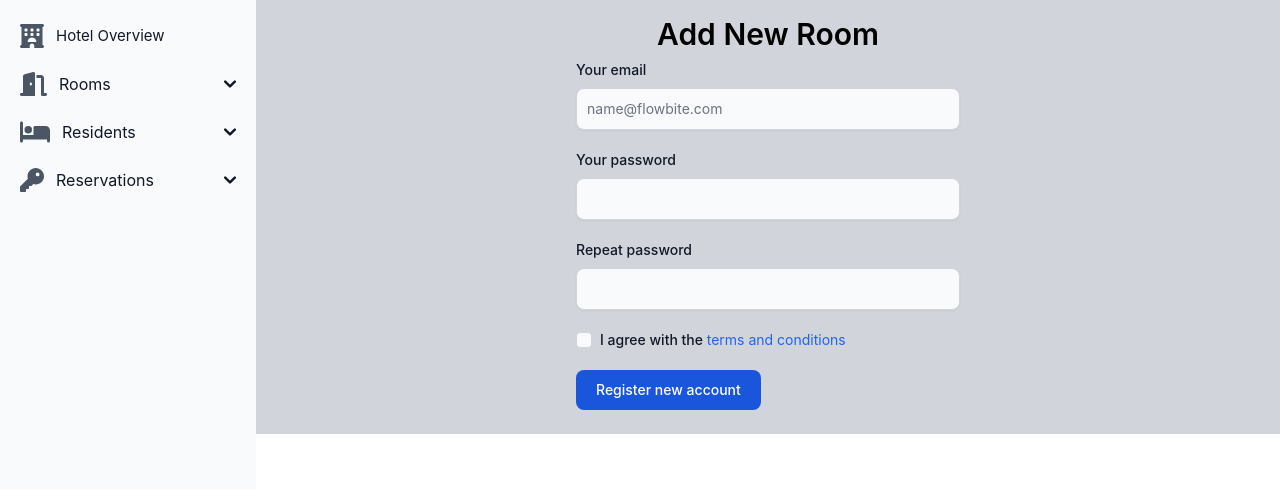
Repository: aggepap/hotelReservationsProj
Page: /rooms/add (app in admin-panel/)
An editor plug-in stored every save of this project. The page is shown before and after the next save, followed by the edit.
The browser window is 1280 px wide. The pictures show the whole page.
The project was rebuilt for these pictures with package versions that can differ from the ones it lists, and the page was loaded fresh each time. Also part of the build but not shown: admin-panel/vite.config.ts, admin-panel/src/views/HomeView.vue.

Above is the page before, as saved 2025-01-19 15:52:10.

### admin-panel/index.html
<!DOCTYPE html>
<html lang="">
  <head>
    <meta charset="UTF-8" />
    <link rel="icon" href="/favicon.ico" />
    <meta name="viewport" content="width=device-width, initial-scale=1.0" />
    <title>Vite App</title>
  </head>
  <body>
    <div id="app"></div>
    <script type="module" src="/src/main.ts"></script>
  </body>
</html>

### admin-panel/src/main.ts
import "./assets/main.css";
import "primeicons/primeicons.css";
import "flowbite";

import { createApp } from "vue";
import App from "./App.vue";
import router from "./router";

const app = createApp(App);

app.use(router);

app.mount("#app");

### admin-panel/src/assets/main.css
@import "./base.css";
@tailwind base;
@tailwind components;
@tailwind utilities;

### admin-panel/src/App.vue
<script setup lang="ts">
import { RouterLink, RouterView } from "vue-router";
import { FontAwesomeIcon } from "@fortawesome/vue-fontawesome";
import { faDoorOpen } from "@fortawesome/free-solid-svg-icons";
import { faHotel } from "@fortawesome/free-solid-svg-icons";
import { faBed } from "@fortawesome/free-solid-svg-icons";
import { faKey } from "@fortawesome/free-solid-svg-icons";
</script>

<template>
  <button
    data-drawer-target="sidebar-multi-level-sidebar"
    data-drawer-toggle="sidebar-multi-level-sidebar"
    aria-controls="sidebar-multi-level-sidebar"
    type="button"
    class="inline-flex items-center p-2 mt-2 ms-3 text-sm text-gray-500 rounded-lg sm:hidden hover:bg-gray-100 focus:outline-none focus:ring-2 focus:ring-gray-200 dark:text-gray-400 dark:hover:bg-gray-700 dark:focus:ring-gray-600"
  >
    <span class="sr-only">Open sidebar</span>
    <svg
      class="w-6 h-6"
      aria-hidden="true"
      fill="currentColor"
      viewBox="0 0 20 20"
      xmlns="http://www.w3.org/2000/svg"
    >
      <path
        clip-rule="evenodd"
        fill-rule="evenodd"
        d="M2 4.75A.75.75 0 012.75 4h14.5a.75.75 0 010 1.5H2.75A.75.75 0 012 4.75zm0 10.5a.75.75 0 01.75-.75h7.5a.75.75 0 010 1.5h-7.5a.75.75 0 01-.75-.75zM2 10a.75.75 0 01.75-.75h14.5a.75.75 0 010 1.5H2.75A.75.75 0 012 10z"
      ></path>
    </svg>
  </button>
  <section class="flex flex-row justify-between items-center">
    <aside
      id="sidebar-multi-level-sidebar"
      class="fixed top-0 left-0 z-40 w-64 h-screen transition-transform -translate-x-full sm:translate-x-0"
      aria-label="Sidebar"
    >
      <div class="h-full px-3 py-4 overflow-y-auto bg-gray-50 dark:bg-gray-800">
        <ul class="space-y-2 font-medium">
          <li>
            <a
              href="#"
              class="flex items-center p-2 text-gray-900 rounded-lg dark:text-white hover:bg-gray-100 dark:hover:bg-gray-700 group"
            >
              <FontAwesomeIcon class="text-gray-600 text-2xl" :icon="faHotel" />
              <span class="ms-3">Hotel Overview</span>
            </a>
          </li>
          <li>
            <button
              type="button"
              class="flex items-center w-full p-2 text-base text-gray-900 transition duration-75 rounded-lg group hover:bg-gray-100 dark:text-white dark:hover:bg-gray-700"
              aria-controls="dropdown-rooms"
              data-collapse-toggle="dropdown-rooms"
            >
              <FontAwesomeIcon
                class="text-gray-600 text-2xl"
                :icon="faDoorOpen"
              />

              <span
                class="flex-1 ms-3 text-left rtl:text-right whitespace-nowrap"
                >Rooms</span
              >
              <svg
                class="w-3 h-3"
                aria-hidden="true"
                xmlns="http://www.w3.org/2000/svg"
                fill="none"
                viewBox="0 0 10 6"
              >
                <path
                  stroke="currentColor"
                  stroke-linecap="round"
                  stroke-linejoin="round"
                  stroke-width="2"
                  d="m1 1 4 4 4-4"
                />
              </svg>
            </button>
            <ul id="dropdown-rooms" class="hidden py-2 space-y-2">
              <li>
                <RouterLink
                  to="/rooms/add"
                  class="flex justify-start gap-2 items-start w-full p-2 text-gray-900 transition duration-75 rounded-lg pl-11 group hover:bg-gray-100 dark:text-white dark:hover:bg-gray-700"
                >
                  <i class="pi pi-plus pt-1"></i> Add new Room</RouterLink
                >
              </li>
            </ul>
          </li>
          <li>
            <button
              type="button"
              class="flex items-center w-full p-2 text-base text-gray-900 transition duration-75 rounded-lg group hover:bg-gray-100 dark:text-white dark:hover:bg-gray-700"
              aria-controls="dropdown-residents"
              data-collapse-toggle="dropdown-residents"
            >
              <FontAwesomeIcon class="text-gray-600 text-2xl" :icon="faBed" />

              <span
                class="flex-1 ms-3 text-left rtl:text-right whitespace-nowrap"
                >Residents</span
              >
              <svg
                class="w-3 h-3"
                aria-hidden="true"
                xmlns="http://www.w3.org/2000/svg"
                fill="none"
                viewBox="0 0 10 6"
              >
                <path
                  stroke="currentColor"
                  stroke-linecap="round"
                  stroke-linejoin="round"
                  stroke-width="2"
                  d="m1 1 4 4 4-4"
                />
              </svg>
            </button>
            <ul id="dropdown-residents" class="hidden py-2 space-y-2">
              <li>
                <a
                  href="#"
                  class="flex justify-start gap-2 items-start w-full p-2 text-gray-900 transition duration-75 rounded-lg pl-11 group hover:bg-gray-100 dark:text-white dark:hover:bg-gray-700"
                >
                  <i class="pi pi-plus pt-1"></i> Add a Resident</a
                >
              </li>
            </ul>
          </li>
          <li>
            <button
              type="button"
              class="flex items-center w-full p-2 text-base text-gray-900 transition duration-75 rounded-lg group hover:bg-gray-100 dark:text-white dark:hover:bg-gray-700"
              aria-controls="dropdown-reservations"
              data-collapse-toggle="dropdown-reservations"
            >
              <FontAwesomeIcon class="text-gray-600 text-2xl" :icon="faKey" />

              <span
                class="flex-1 ms-3 text-left rtl:text-right whitespace-nowrap"
                >Reservations</span
              >
              <svg
                class="w-3 h-3"
                aria-hidden="true"
                xmlns="http://www.w3.org/2000/svg"
                fill="none"
                viewBox="0 0 10 6"
              >
                <path
                  stroke="currentColor"
                  stroke-linecap="round"
                  stroke-linejoin="round"
                  stroke-width="2"
                  d="m1 1 4 4 4-4"
                />
              </svg>
            </button>
            <ul id="dropdown-reservations" class="hidden py-2 space-y-2">
              <li>
                <a
                  href="#"
                  class="flex justify-start gap-2 items-start w-full p-2 text-gray-900 transition duration-75 rounded-lg pl-11 group hover:bg-gray-100 dark:text-white dark:hover:bg-gray-700"
                >
                  <i class="pi pi-plus pt-1"></i> Add a Reservation</a
                >
              </li>
            </ul>
          </li>
        </ul>
      </div>
    </aside>

    <main class="flex items-start h-screen w-full pl-64">
      <div class="mx-auto w-full md:p-6 bg-gray-300 pt-12">
        <RouterView />
      </div>
    </main>
  </section>
</template>

### admin-panel/src/router/index.ts
import { createRouter, createWebHistory } from "vue-router";
import HomeView from "../views/HomeView.vue";
import AddRoomView from "@/views/roomviews/AddRoomView.vue";

const router = createRouter({
  history: createWebHistory(import.meta.env.BASE_URL),
  routes: [
    {
      path: "/",
      name: "home",
      component: HomeView,
    },
    {
      path: "/rooms/add",
      name: "addRoom",
      component: AddRoomView,
    },
    {
      path: "/about",
      name: "about",
      // route level code-splitting
      // this generates a separate chunk (About.[hash].js) for this route
      // which is lazy-loaded when the route is visited.
      component: () => import("../views/AboutView.vue"),
    },
  ],
});

export default router;

### admin-panel/src/views/roomviews/AddRoomView.vue
<script setup></script>

<template>
  <h2 class="text-black text-3xl text-center leading-5 font-semibold mb-4">
    Add New Room
  </h2>
  <form class="max-w-sm mx-auto">
    <div class="mb-5">
      <label
        for="email"
        class="block mb-2 text-sm font-medium text-gray-900 dark:text-white"
        >Your email</label
      >
      <input
        type="email"
        id="email"
        class="shadow-sm bg-gray-50 border border-gray-300 text-gray-900 text-sm rounded-lg focus:ring-blue-500 focus:border-blue-500 block w-full p-2.5 dark:bg-gray-700 dark:border-gray-600 dark:placeholder-gray-400 dark:text-white dark:focus:ring-blue-500 dark:focus:border-blue-500 dark:shadow-sm-light"
        placeholder="name@flowbite.com"
        required
      />
    </div>
    <div class="mb-5">
      <label
        for="password"
        class="block mb-2 text-sm font-medium text-gray-900 dark:text-white"
        >Your password</label
      >
      <input
        type="password"
        id="password"
        class="shadow-sm bg-gray-50 border border-gray-300 text-gray-900 text-sm rounded-lg focus:ring-blue-500 focus:border-blue-500 block w-full p-2.5 dark:bg-gray-700 dark:border-gray-600 dark:placeholder-gray-400 dark:text-white dark:focus:ring-blue-500 dark:focus:border-blue-500 dark:shadow-sm-light"
        required
      />
    </div>
    <div class="mb-5">
      <label
        for="repeat-password"
        class="block mb-2 text-sm font-medium text-gray-900 dark:text-white"
        >Repeat password</label
      >
      <input
        type="password"
        id="repeat-password"
        class="shadow-sm bg-gray-50 border border-gray-300 text-gray-900 text-sm rounded-lg focus:ring-blue-500 focus:border-blue-500 block w-full p-2.5 dark:bg-gray-700 dark:border-gray-600 dark:placeholder-gray-400 dark:text-white dark:focus:ring-blue-500 dark:focus:border-blue-500 dark:shadow-sm-light"
        required
      />
    </div>
    <div class="flex items-start mb-5">
      <div class="flex items-center h-5">
        <input
          id="terms"
          type="checkbox"
          value=""
          class="w-4 h-4 border border-gray-300 rounded bg-gray-50 focus:ring-3 focus:ring-blue-300 dark:bg-gray-700 dark:border-gray-600 dark:focus:ring-blue-600 dark:ring-offset-gray-800 dark:focus:ring-offset-gray-800"
          required
        />
      </div>
      <label
        for="terms"
        class="ms-2 text-sm font-medium text-gray-900 dark:text-gray-300"
        >I agree with the
        <a href="#" class="text-blue-600 hover:underline dark:text-blue-500"
          >terms and conditions</a
        ></label
      >
    </div>
    <button
      type="submit"
      class="text-white bg-blue-700 hover:bg-blue-800 focus:ring-4 focus:outline-none focus:ring-blue-300 font-medium rounded-lg text-sm px-5 py-2.5 text-center dark:bg-blue-600 dark:hover:bg-blue-700 dark:focus:ring-blue-800"
    >
      Register new account
    </button>
  </form>
</template>

### admin-panel/tailwind.config.js
/** @type {import('tailwindcss').Config} */
export default {
  content: [
    "./index.html",
    "./src/**/*.{vue,js,ts,jsx,tsx}",
    "./node_modules/flowbite/**/*.js",
  ],
  theme: {
    extend: {},
  },
  plugins: [require("flowbite/plugin")],
};

Loaded but not shown: admin-panel/src/assets/base.css (common file)

After the next save:
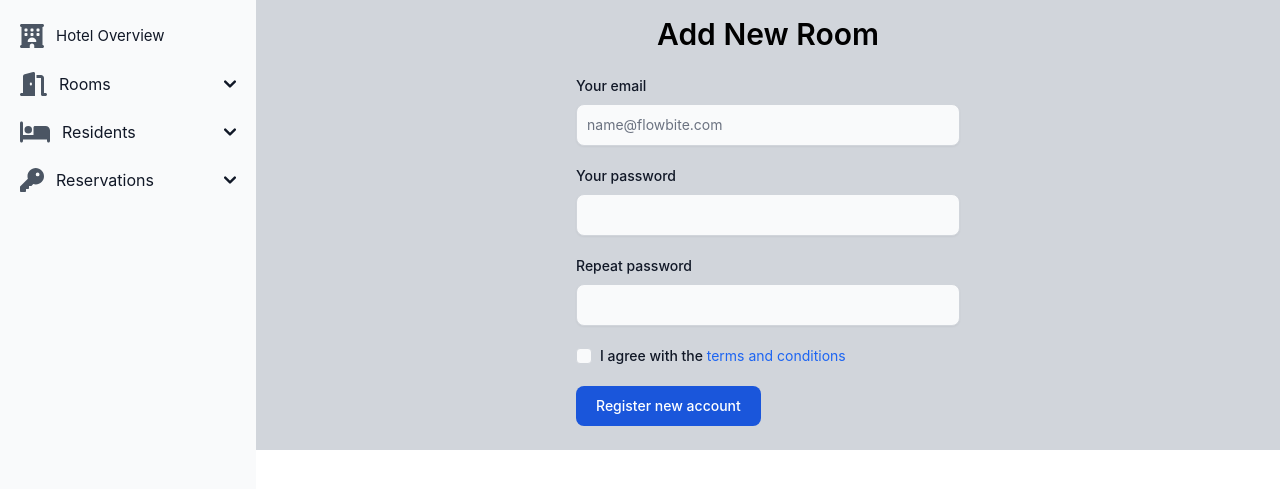
Saved 8 s later.
--- a/admin-panel/src/views/roomviews/AddRoomView.vue
+++ b/admin-panel/src/views/roomviews/AddRoomView.vue
@@ -1,7 +1,7 @@
 <script setup></script>
 
 <template>
-  <h2 class="text-black text-3xl text-center leading-5 font-semibold mb-4">
+  <h2 class="text-black text-3xl text-center leading-5 font-semibold mb-8">
     Add New Room
   </h2>
   <form class="max-w-sm mx-auto">
